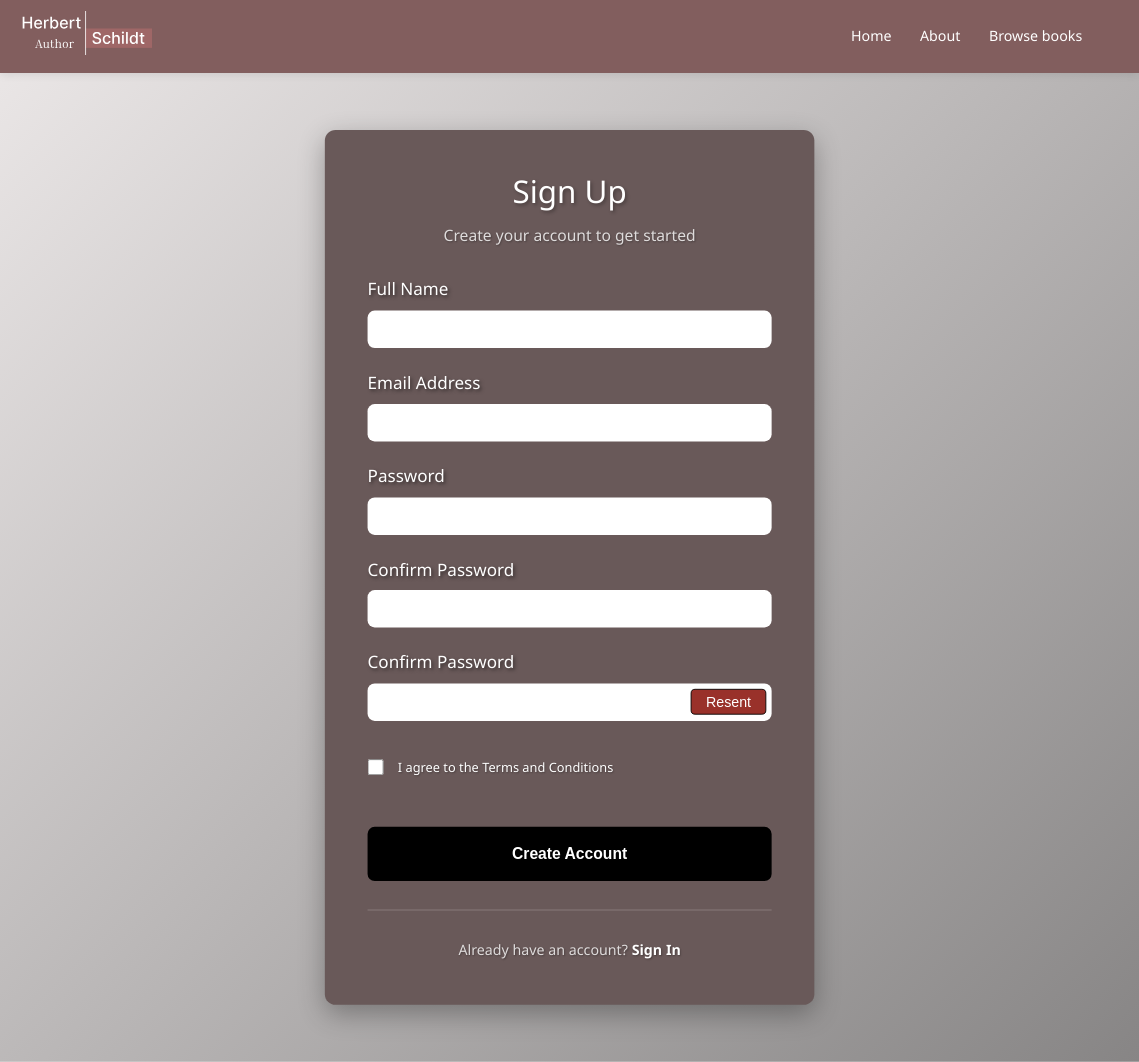
Repository: Darkrepo23/Author-Website-
Page: pages/signup.html
An editor plug-in stored every save of this project. The page is shown before and after the next save, followed by the edit.
The browser window is 1280 px wide. The pictures show the whole page, at 89% of full size.

Above is the page before, as saved 2025-09-23 13:51:43.
Console error: SyntaxError: Unexpected token ':'

### pages/signup.html
<!DOCTYPE html>
<html lang="en">

<head>
    <meta charset="UTF-8">
    <meta name="viewport" content="width=device-width, initial-scale=1.0">
    <title>Sign Up - Herbert Schildt</title>
    <link rel="stylesheet" href="../css/styles.css">
    <link rel="stylesheet" href="../css/login.css">
    <link href="https://cdnjs.cloudflare.com/ajax/libs/font-awesome/6.0.0/css/all.min.css" rel="stylesheet">
</head>

<body>
    <!-- Header -->
    <header class="header">
        <div class="header-left">
            <div class="logo">
                <img src="../img/logo-white.svg" alt="Herbert Schildt Logo" class="logo-image">
            </div>
        </div>
        <nav class="nav">
            <a href="../index.html" class="nav-link">Home</a>
            <a href="About/about.html" class="nav-link">About</a>
            <a href="../browse-book.html" class="nav-link">Browse books</a>
        </nav>
    </header>

    <!-- Main Content -->
    <main class="main-content">
        <div class="login-container">
            <div class="login-card">
                <h2 class="login-title">Sign Up</h2>
                <p class="login-subtitle">Create your account to get started</p>

                <form class="login-form" id="signupForm">
                    <div class="form-group">
                        <label for="fullName">Full Name</label>
                        <input type="text" id="fullName" name="fullName" required>
                    </div>

                    <div class="form-group">
                        <label for="email">Email Address</label>
                        <input type="email" id="email" name="email" required>
                    </div>

                    <div class="form-group">
                        <label for="password">Password</label>
                        <input type="password" id="password" name="password" required>
                    </div>

                    <div class="form-group">
                        <label for="confirmPassword">Confirm Password</label>
                        <input type="password" id="confirmPassword" name="confirmPassword" required>
                    </div>

                    <div class="form-group">
                        <label for="OTP-confirmation">Confirm Password</label>
                        <input type="number" id="OTP-confirmation" name="confirmPassword" required>
                        <button class="res" id="send">Resent</button>
                    </div>


                    <div class="form-options">
                        <label class="checkbox-label">
                            <input type="checkbox" id="agree" name="agree" required>
                            <span class="checkmark"></span>
                            I agree to the Terms and Conditions
                        </label>
                    </div>

                    <button type="submit" class="login-btn">Create Account</button>
                </form>

                <div class="signup-link">
                    <p>Already have an account? <a href="login.html">Sign In</a></p>
                </div>
            </div>
        </div>
    </main>

    <script src="../js/signup.js"></script>
    <script>
        // localStorage.removeItem('users')

    </script>
</body>

</html>

### css/login.css
/* Login Page Styles */
.login-container {
    display: flex;
    justify-content: center;
    align-items: center;
    min-height: calc(100vh - 200px);
    padding: 2rem;
}

.login-card {
    background: #695959;
    color: white;
    padding: 2.5rem 3rem 3rem 3rem;
    border-radius: 12px;
    box-shadow: 0 10px 30px rgba(0, 0, 0, 0.3);
    width: 100%;
    max-width: 550px;
}

.login-title {
    font-size: 2.2rem;
    font-weight: 500;
    text-align: center;
    margin-bottom: 0.5rem;
    color: white;
    text-shadow: 2px 2px 4px rgba(0, 0, 0, 0.3);
}

.login-subtitle {
    text-align: center;
    color: rgba(255, 255, 255, 0.8);
    margin-bottom: 2rem;
    font-size: 1.1rem;
    text-shadow: 1px 1px 2px rgba(0, 0, 0, 0.3);
}

.login-form {
    display: flex;
    flex-direction: column;
    gap: 1.5rem;
}

.form-group {
    display: flex;
    flex-direction: column;
    gap: 0.5rem;
}

.form-group label {
    font-weight: 500;
    color: white;
    font-size: 1.2rem;
    text-shadow: 2px 2px 4px rgba(0, 0, 0, 0.5);
}

.form-group input {
    padding: 0.75rem;
    border: none;
    border-radius: 8px;
    font-size: 1rem;
    background: white;
    color: #333;
    transition: box-shadow 0.3s;
}

.form-group input:focus {
    outline: none;
    box-shadow: 0 0 0 3px rgba(139, 69, 19, 0.3);
}

.form-options {
    display: flex;
    justify-content: space-between;
    align-items: center;
    margin: 1rem 0;
    position: relative;
}

.checkbox-label {
    display: flex;
    align-items: center;
    gap: 0.5rem;
    cursor: pointer;
    color: white;
    font-size: 0.9rem;
    text-shadow: 1px 1px 2px rgba(0, 0, 0, 0.3);
}

.checkbox-label input[type="checkbox"] {
    width: 18px;
    height: 18px;
    margin: 0;
}

.forgot-link {
    color: #B3B3E8;
    text-decoration: none;
    font-size: 0.9rem;
    transition: color 0.3s;
    text-shadow: 1px 1px 2px rgba(0, 0, 0, 0.3);
}

.forgot-link:hover {
    color: #B3B3E8;
    text-decoration: underline;
}

.login-btn {
    background: #000000;
    color: white;
    border: 4px solid #000000;
    padding: 1rem 2rem;
    border-radius: 8px;
    font-size: 1.1rem;
    font-weight: 900;
    cursor: pointer;
    transition: all 0.3s;
    margin-top: 1rem;
}

.login-btn:hover {
    background: #333333;
}

.signup-link {
    text-align: center;
    margin-top: 2rem;
    padding-top: 2rem;
    border-top: 1px solid rgba(255, 255, 255, 0.2);
}

.signup-link p {
    color: rgba(255, 255, 255, 0.8);
    margin: 0;
    text-shadow: 1px 1px 2px rgba(0, 0, 0, 0.3);
}

.signup-link a {
    color: white;
    text-decoration: none;
    font-weight: 600;
    transition: color 0.3s;
    text-shadow: 1px 1px 2px rgba(0, 0, 0, 0.3);
}

.signup-link a:hover {
    color: white;
    text-decoration: underline;
}


.form-group {
    position: relative;
}

.res {
    position: absolute;
    top: 55%;
    padding: 0.3rem 1rem;
    font-size: 1rem;
    border: 1px solid black;
    border-radius: 5px;
    color: white;
    left: 80%;
    cursor: pointer;
    background-color: rgb(153, 49, 42);
}





/* Responsive Design */
@media (max-width: 768px) {
    .login-container {
        padding: 1rem;
    }

    .login-card {
        padding: 2rem;
    }

    .login-title {
        font-size: 2rem;
    }

    .form-options {
        flex-direction: column;
        gap: 1rem;
        align-items: flex-start;
    }
}

@media (max-width: 480px) {
    .login-card {
        padding: 1.5rem;
    }

    .login-title {
        font-size: 1.8rem;
    }

    .login-subtitle {
        font-size: 1rem;
    }
}

Loaded but not shown: js/signup.js (147 lines, source omitted); css/styles.css (742 lines, source omitted)

After the next save:
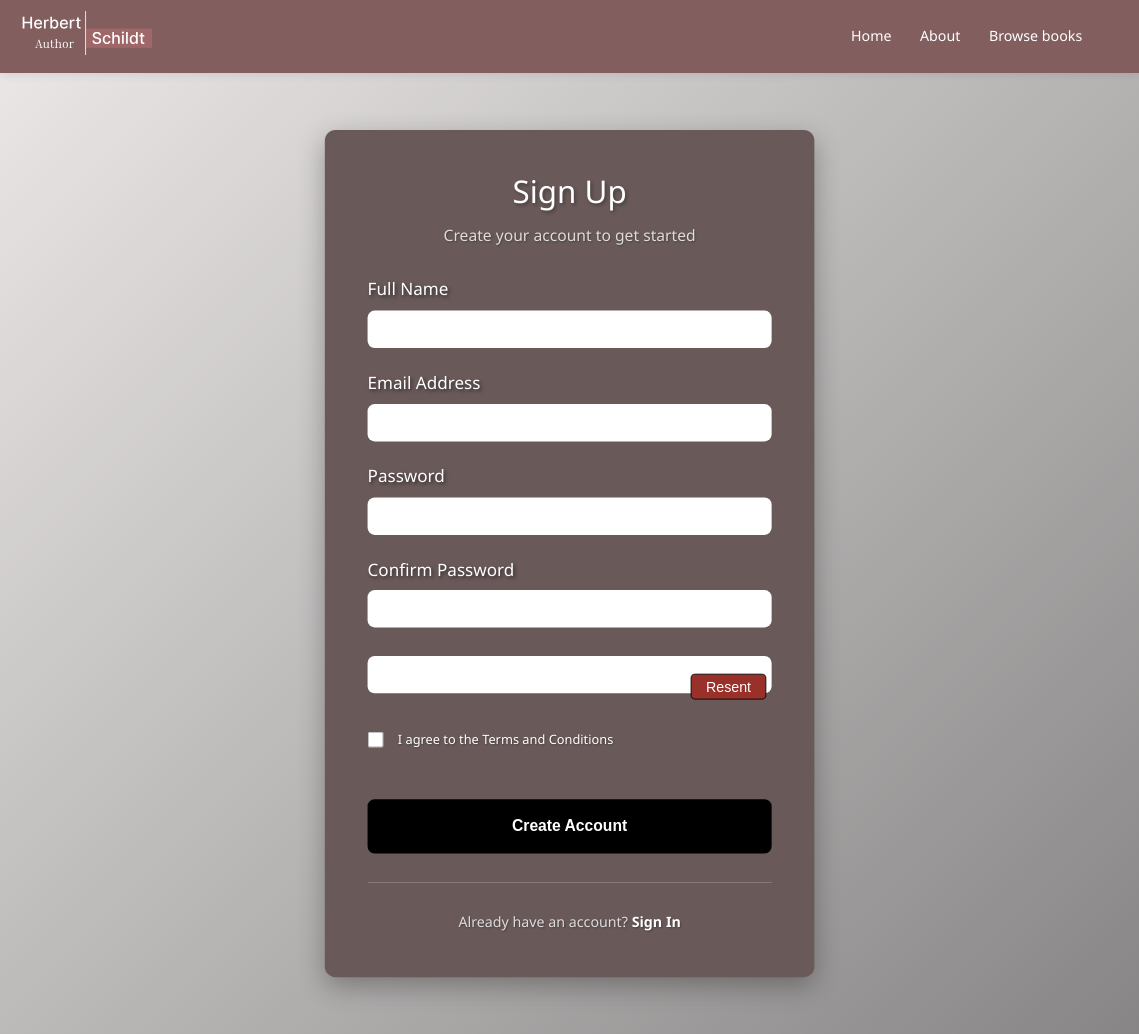
Saved 26 s later.
--- a/pages/signup.html
+++ b/pages/signup.html
@@ -54,9 +54,9 @@
                     </div>
 
                     <div class="form-group">
-                        <label for="OTP-confirmation">Confirm Password</label>
+                        <label for="OTP-confirmation"></label>
                         <input type="number" id="OTP-confirmation" name="confirmPassword" required>
-                        <button class="res" id="send">Resent</button>
+                        <button class="res" id="send-OTP">Resent</button>
                     </div>
 
 

After the save that followed:
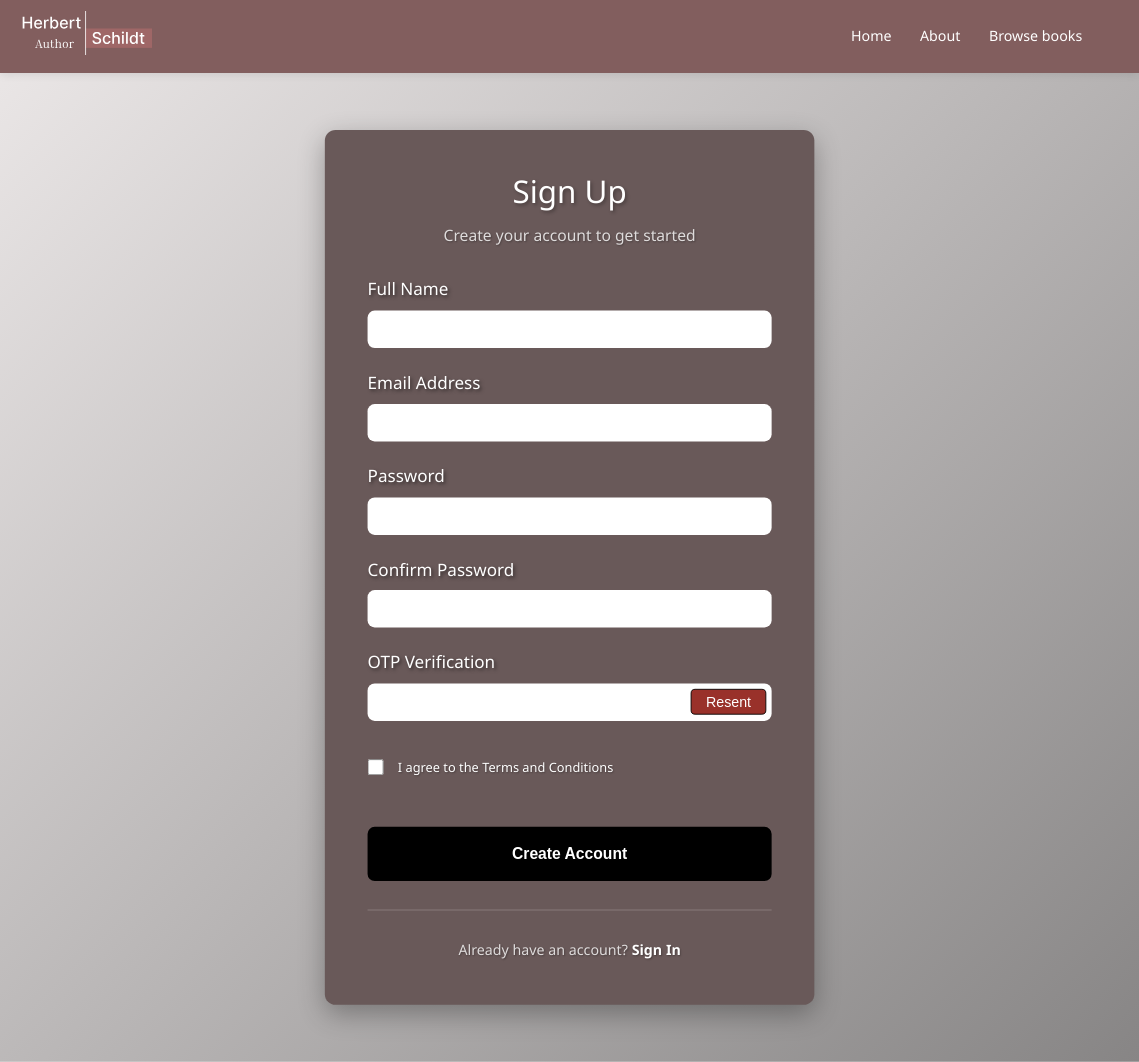
Saved 7 s later.
--- a/pages/signup.html
+++ b/pages/signup.html
@@ -54,7 +54,7 @@
                     </div>
 
                     <div class="form-group">
-                        <label for="OTP-confirmation"></label>
+                        <label for="OTP-confirmation">OTP Verification</label>
                         <input type="number" id="OTP-confirmation" name="confirmPassword" required>
                         <button class="res" id="send-OTP">Resent</button>
                     </div>
